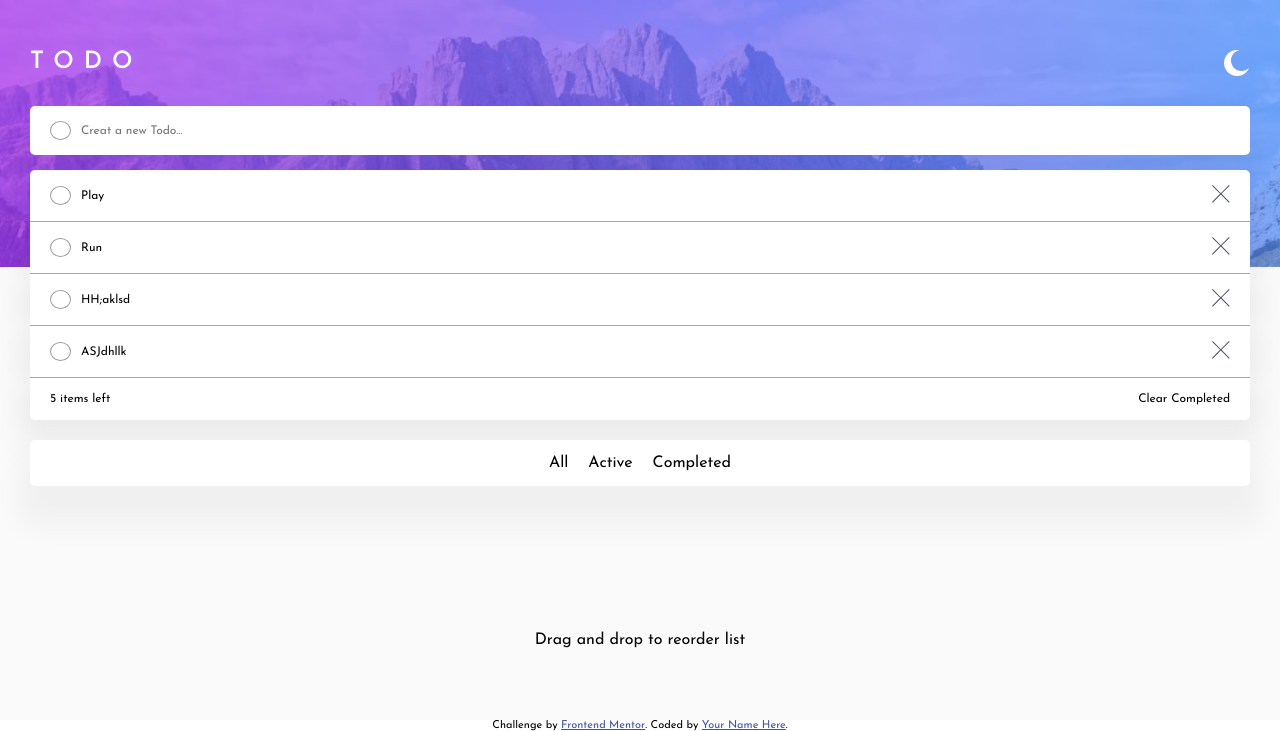
Repository: Baraajad231/Todo-app
Page: /
These files come from the project's save history. The page is drawn as it stood at one moment and after the next save; the edit follows.
The browser window is 1280 px wide. The pictures show the whole page.
The project was rebuilt for these pictures with package versions that can differ from the ones it lists, and the page was loaded fresh each time. Also part of the build but not shown: vite.config.js.

Above is the page before, as saved 2025-12-29 12:41:16.

After the next save:
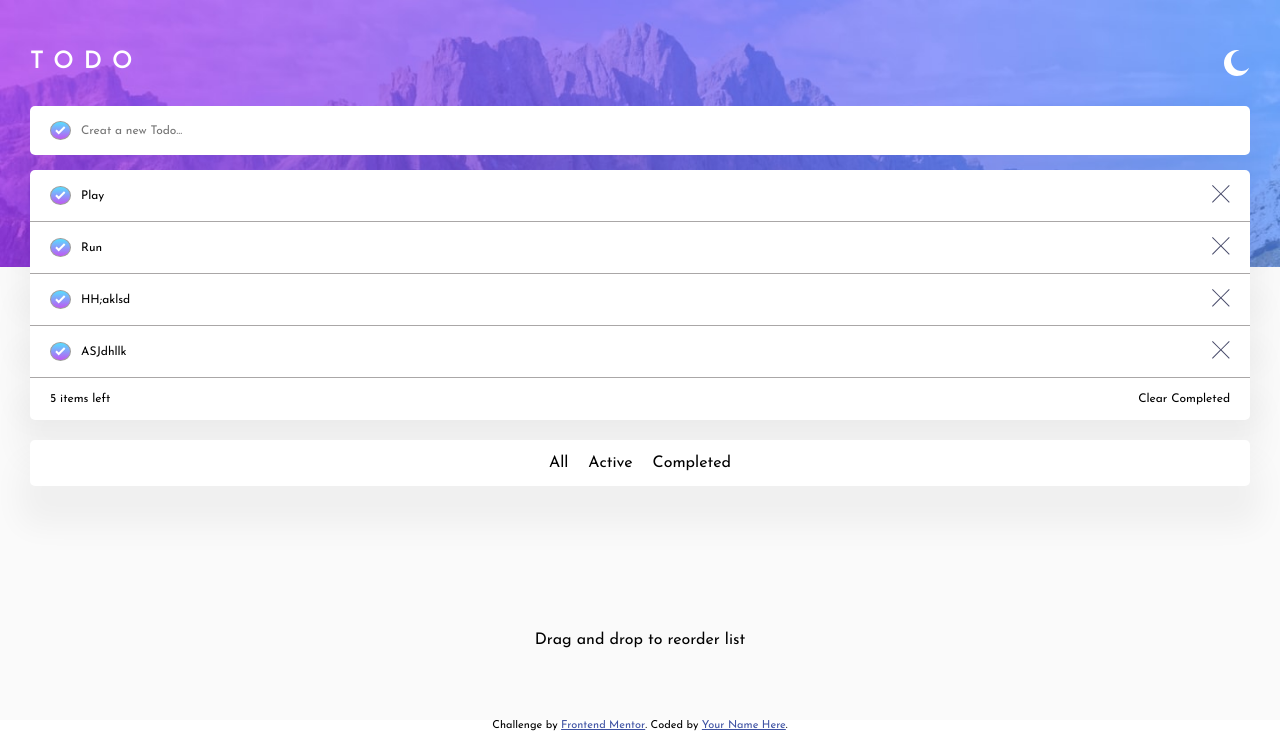
Saved 2 min 20 s later.
--- a/styles/style.scss
+++ b/styles/style.scss
@@ -121,7 +121,7 @@ body {
       & .checkbox {
         border: 1px solid rgb(156, 155, 155);
         border-radius: 50%;
-        background-color: var(--gradient-check);
+        background: var(--gradient-check);
         margin-right: 1rem;
         display: flex;
         align-items: center;
